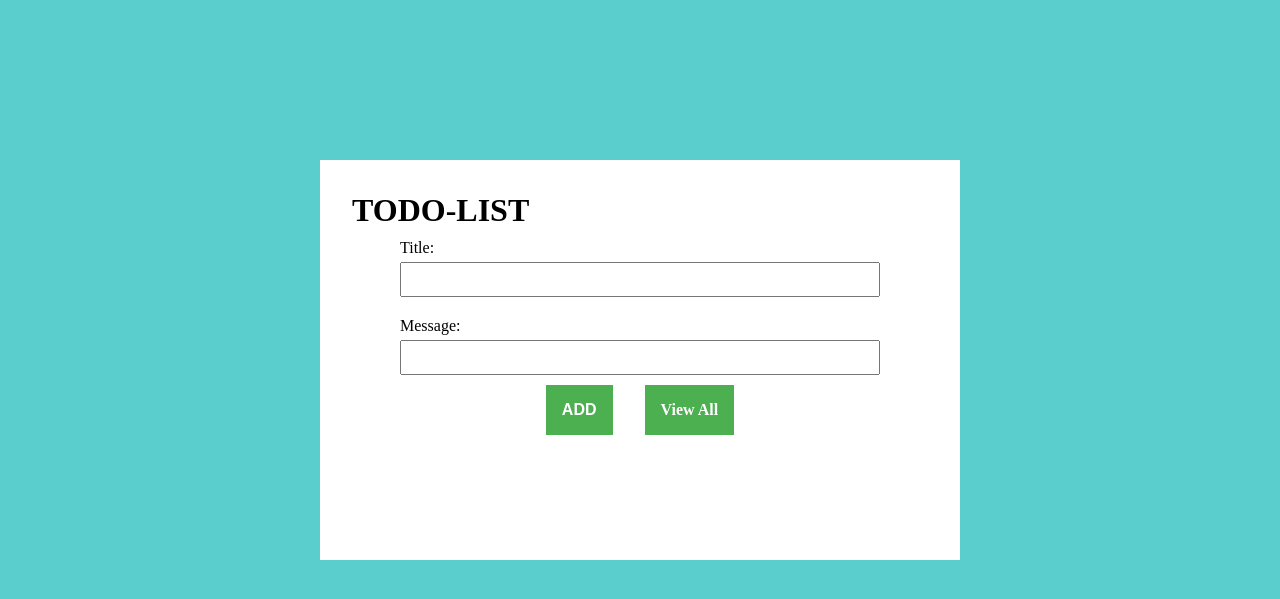
Repository: deeptimahisare1206/Todo_List
Page: http://localhost/Hib_Nest/
An editor plug-in stored every save of this project. The page is shown before and after the next save, followed by the edit.
The browser window is 1280 px wide. The pictures show the whole page.
The page is served by Tomcat 10. Other server files are loaded and not shown.

Above is the page before, as saved 2024-11-17 16:19:08.

### Hib_Nest/src/main/webapp/index.jsp
<%@ page language="java" contentType="text/html; charset=UTF-8"
	pageEncoding="UTF-8"%>
<html>
<head>
<style>
*{
margin:0;
padding:0;
box-sizing: border-box;

}
body {
display:grid;
place-items:center;
	background-color: #5acdcd;
	gap: 2rem;
	height: 100vh;
}

.container{
padding:2rem;
	background-color: white;
	height: 25rem;
	width:50vw;
}

form {
    width: 30rem;
    margin: 0 auto;
}

label {
    display: block;
    margin: 10px 0 5px;
}

input[type="text"],
input[type="number"] {
    width: 100%;
    padding: 8px;
    margin-bottom: 10px;
}

input[type="submit"] ,a{
    background-color: #4CAF50;
    color: white;
    font-size:1rem;
    font-weight:bolder;
    padding: 1rem;
    border: none;
    cursor: pointer;
    text-decoration: none;
}

input[type="submit"]:hover {
    background-color: #45a049;
}
.btns{
width: 100%;
display: flex;
gap:2rem;
justify-content:center;
}
</style>
</head>
<body>
<div class="container">
	<h1>TODO-LIST</h1>

	<form action="Register" method="get">
		<label>Title:</label><input type="text" name="title"> <label>Message:
		</label><input type="text" name="msg">
		<div class="btns"> <input type="submit"
			value="ADD">
			<a href="Display.jsp">View All</a></div>
	</form>
	</div>
</body>
</html>

After the next save:
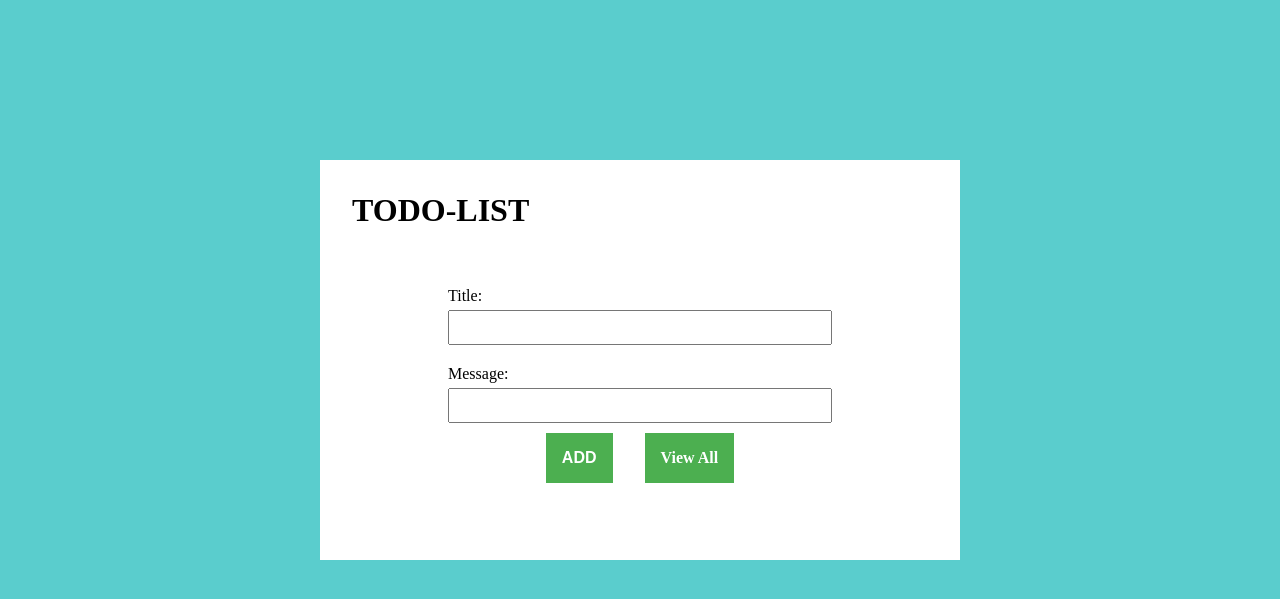
Saved 21 s later.
--- a/Hib_Nest/src/main/webapp/index.jsp
+++ b/Hib_Nest/src/main/webapp/index.jsp
@@ -27,6 +27,7 @@ padding:2rem;
 form {
     width: 30rem;
     margin: 0 auto;
+    padding: 3rem;
 }
 
 label {
